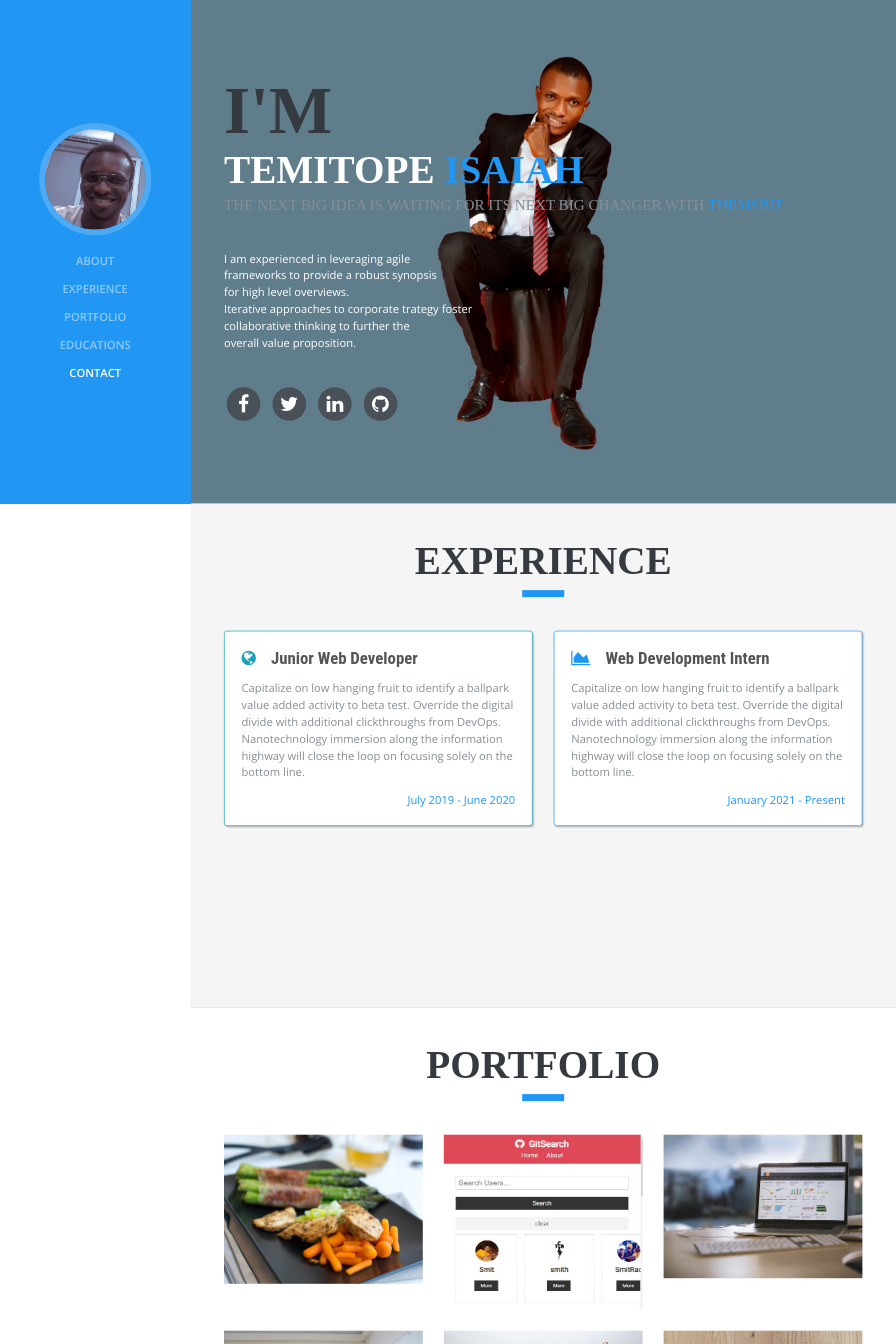
Repository: smit1298/portfolio
Page: index.html
These files come from the project's save history. The page is drawn as it stood at one moment and after a run of saves; the edit follows.
The browser window is 1280 px wide. The pictures show the part of the page from y = 0 to 1920 px (the page is 4819 px tall), at 70% of full size.
Some web fonts or font styles are not loaded; a fallback is used.

Above is the page before, as saved 2021-06-28 17:59:54.

After the next 3 saves:
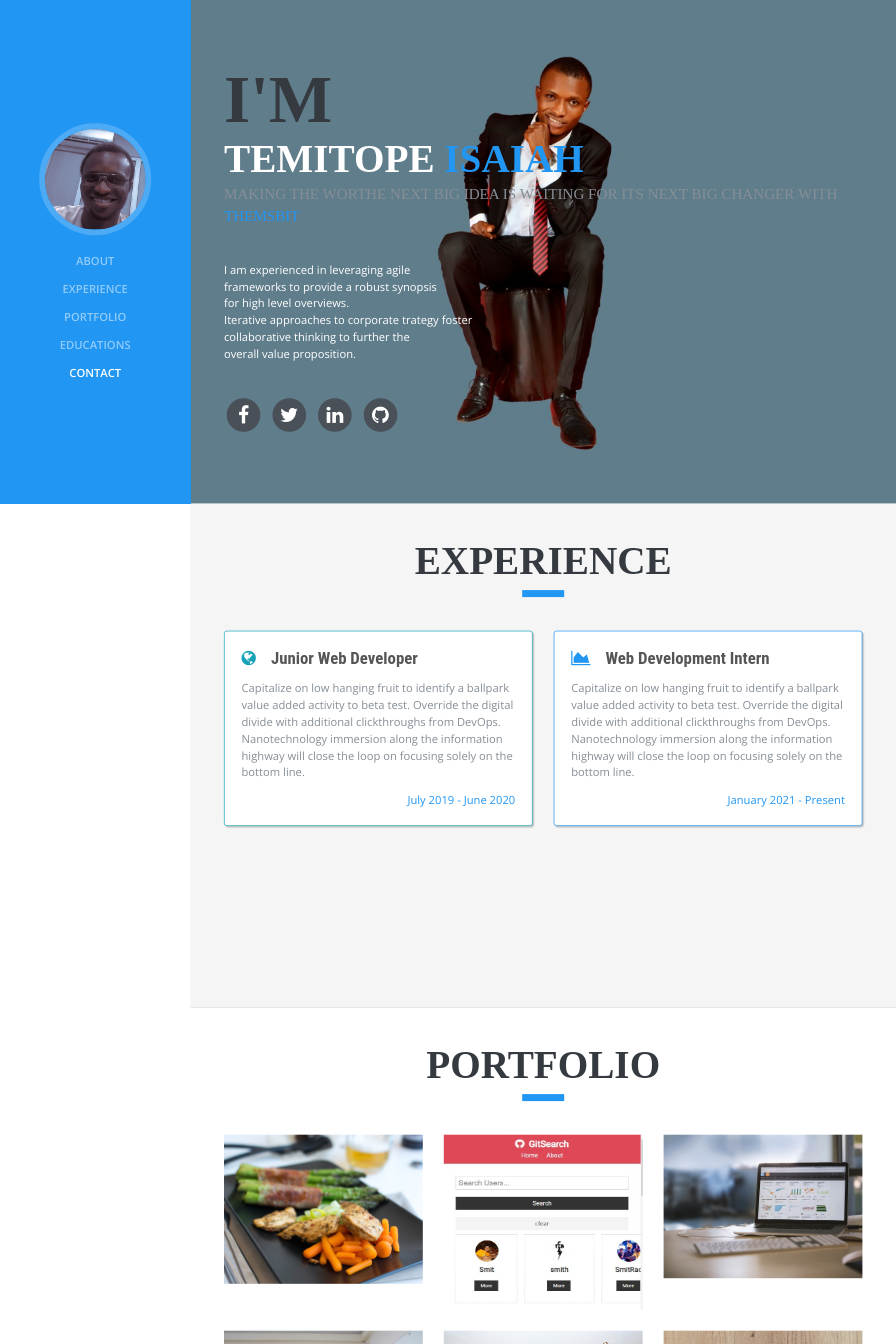
The 3 saves are shown as one change because they came seconds apart.
The last was saved 15 s later.
--- a/index.html
+++ b/index.html
@@ -99,7 +99,7 @@
             <span class="text-primary">Isaiah</span>
           </h2>
           <div class="subheading mb-5">
-            THE NEXT BIG IDEA IS WAITING FOR ITS NEXT BIG CHANGER WITH
+            MAKING THE WORTHE NEXT BIG IDEA IS WAITING FOR ITS NEXT BIG CHANGER WITH
             <a href="#">THEMSBIT</a>
           </div>
           <p class="mb-5" style="max-width: 500px">
